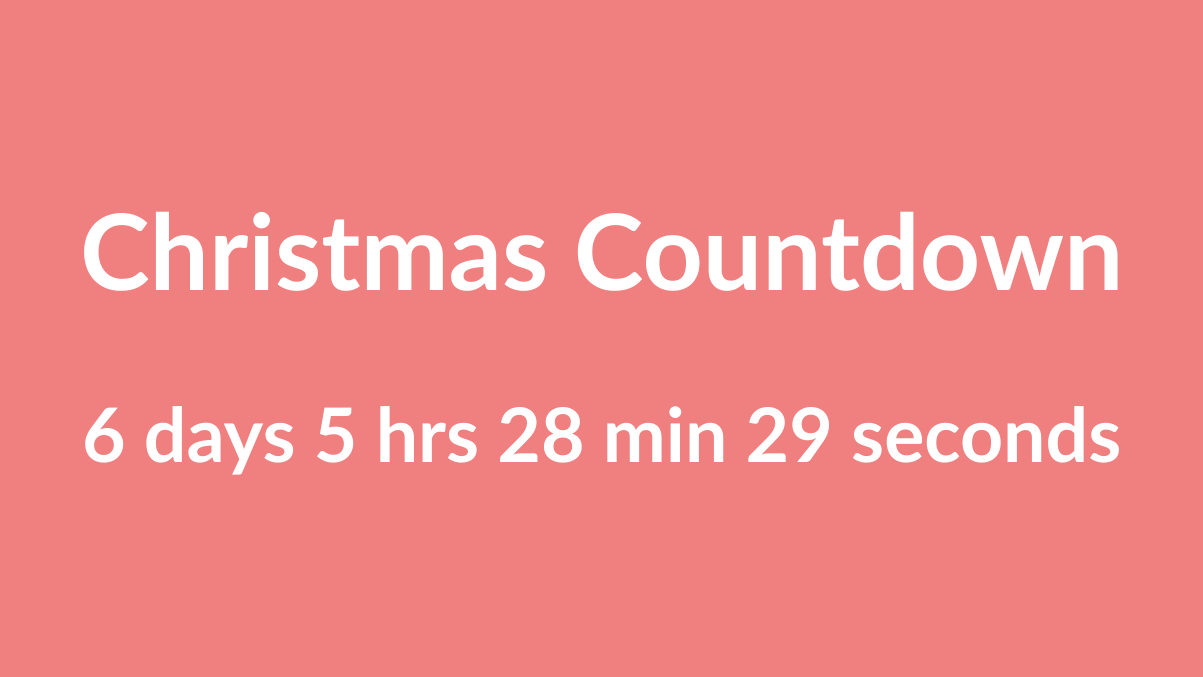
Repository: notMaximilian/countdown-timer
Page: index.html
These files come from the project's save history. The page is drawn as it stood at one moment and after the next save; the edit follows.
The browser window is 1280 px wide. The pictures show the whole page, at 94% of full size.

Above is the page before, as saved 2021-12-18 18:58:09.

After the next save:
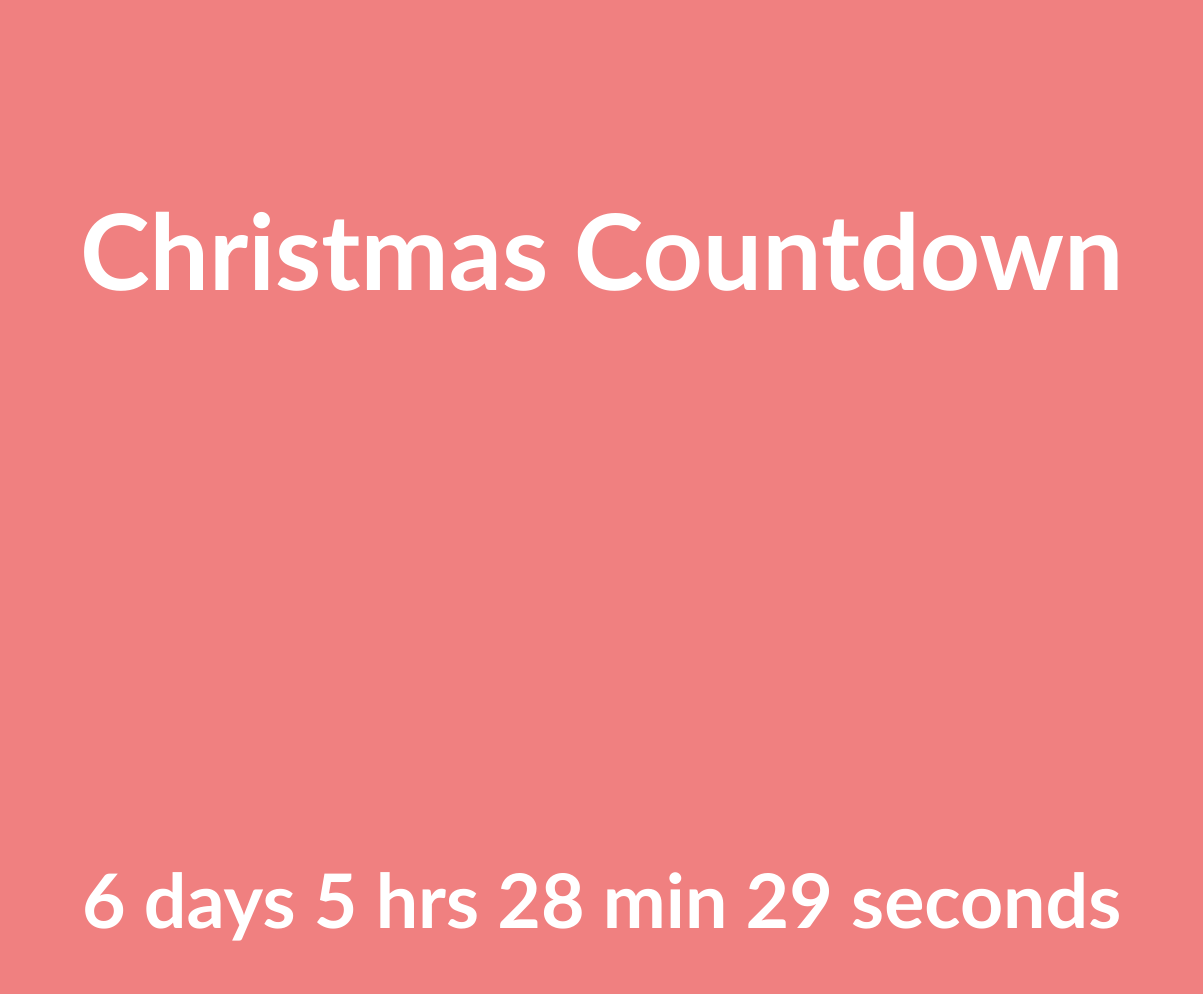
Saved 5 s later.
--- a/styles.css
+++ b/styles.css
@@ -8,7 +8,7 @@ body{
 #main-text{
     font-size: 700%;
     padding-top: 15%;
-    padding-bottom: 5px;
+    padding-bottom: 500px;
 }
 
 #time-left{
